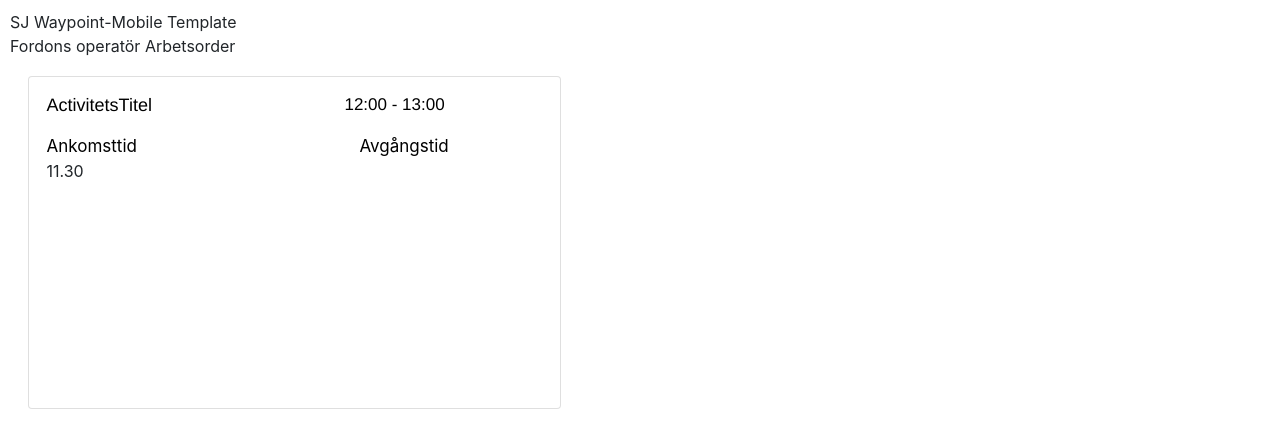
Repository: AdrianaLarsson/yarn-next-typescript
Page: /
An editor plug-in stored every save of this project. The page is shown before and after the next save, followed by the edit.
The browser window is 1280 px wide. The pictures show the whole page.
The project was rebuilt for these pictures with package versions that can differ from the ones it lists, and the page was loaded fresh each time. The framework's server and built-in components were replaced by stand-ins that run in the browser.

Above is the page before, as saved 2021-03-01 08:32:43.

After the next save:
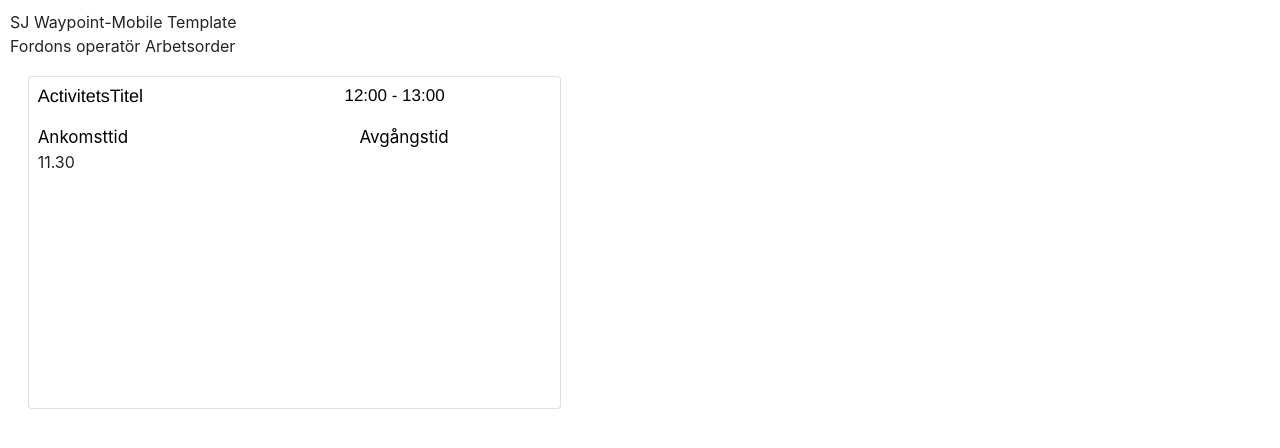
Saved 14 s later.
--- a/components/organisms/Card/Card.tsx
+++ b/components/organisms/Card/Card.tsx
@@ -9,7 +9,7 @@ display: flex;
 width: ${px2vw(295, 320)};
 min-height: ${px2vw(200, 320)};
 flex-direction: column;
-padding: ${px2vw(20)};
+padding: ${px2vw(10)};
 margin: ${px2vw(20)};
 background-color: ${props => props.bgColor};
 height: 100%;
